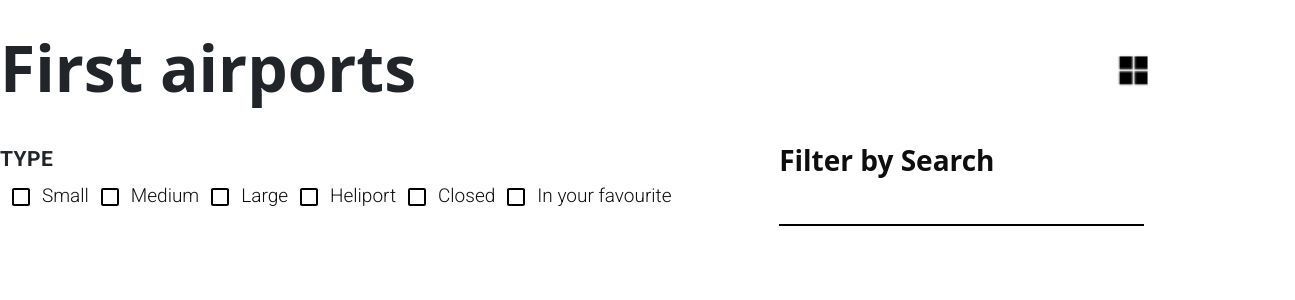
Repository: Rubin78/Firstairport
Page: /
These files come from the project's save history. The page is drawn as it stood at one moment and after the next save; the edit follows.
The browser window is 1280 px wide. The page is 1295 px wide, so the pictures cover 1295 px, including what lies to the right of the window. The pictures show the whole page.
The page's requests for data from a server got no answer. The project was rebuilt for these pictures with package versions that can differ from the ones it lists, and the page was loaded fresh each time. No one was signed in, and anything a server would have sent is missing.

Above is the page before, as saved 2021-03-29 23:02:34.

After the next save:
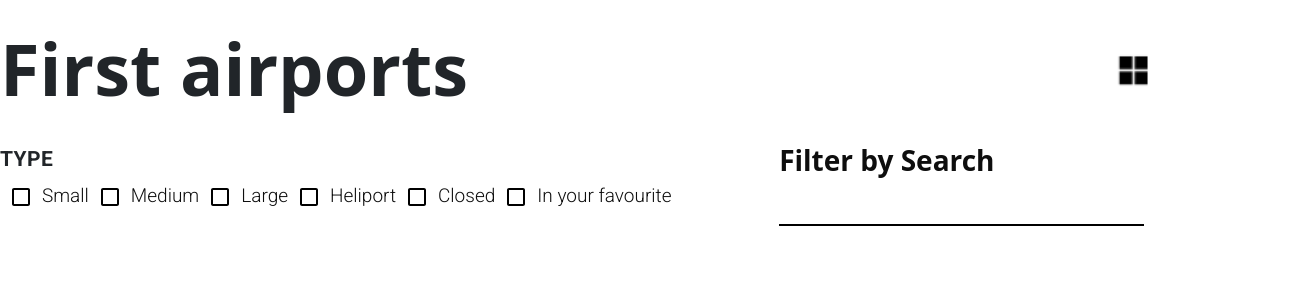
Saved 2 min 28 s later.
--- a/src/App.css
+++ b/src/App.css
@@ -86,6 +86,7 @@ th.thead {
     text-align: center;
     font-weight: bold;
         padding: 25px 25px;
+        font-family: ;
 
 }
 .typetext{
@@ -118,7 +119,7 @@ table {
 
 h1 {
     font-family: system-ui;
-    font-size: 4rem;
+    font-size: 4.5rem;
         font-weight: bold;
 
 }
